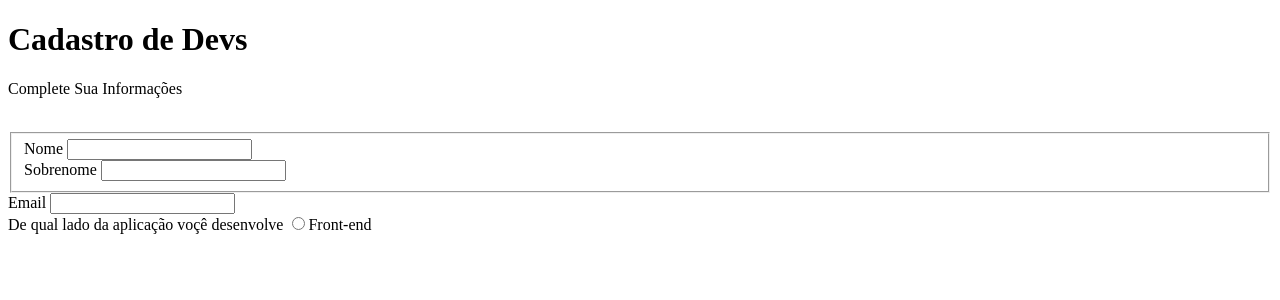
Repository: 2020francesco/formulario
Page: formulario.html
The author's editor kept a copy of each file at every save. The page is drawn from the files as they stood at one save, then again after a run of saves.
The browser window is 1280 px wide. The pictures show the whole page.

Above is the page before, as saved 2021-04-20 11:01:54.

After the next 3 saves:
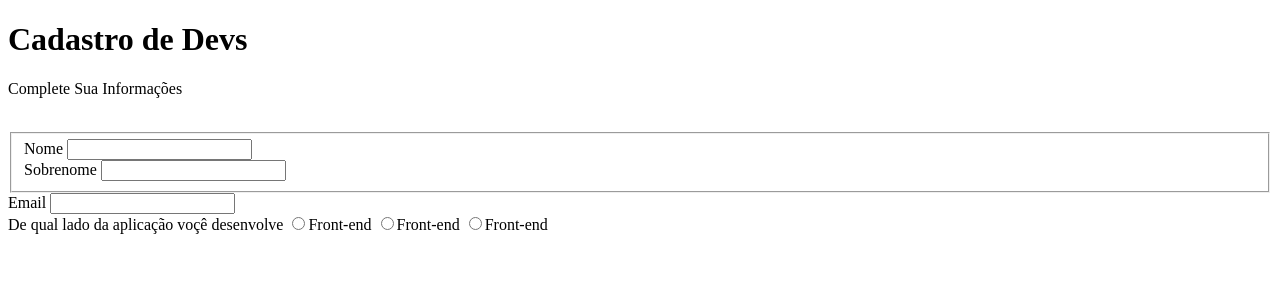
The 3 saves are shown as one change because they came seconds apart.
The last was saved 23 s later.
--- a/formulario.html
+++ b/formulario.html
@@ -38,6 +38,13 @@
           <input type="radio" name="devweb" value="frontend">Front-end
         </label>
 
+        <label>
+          <input type="radio" name="devweb" value="frontend">Front-end
+        </label>
+
+        <label>
+          <input type="radio" name="devweb" value="frontend">Front-end
+        </label>
       </div>
     </form>
 
